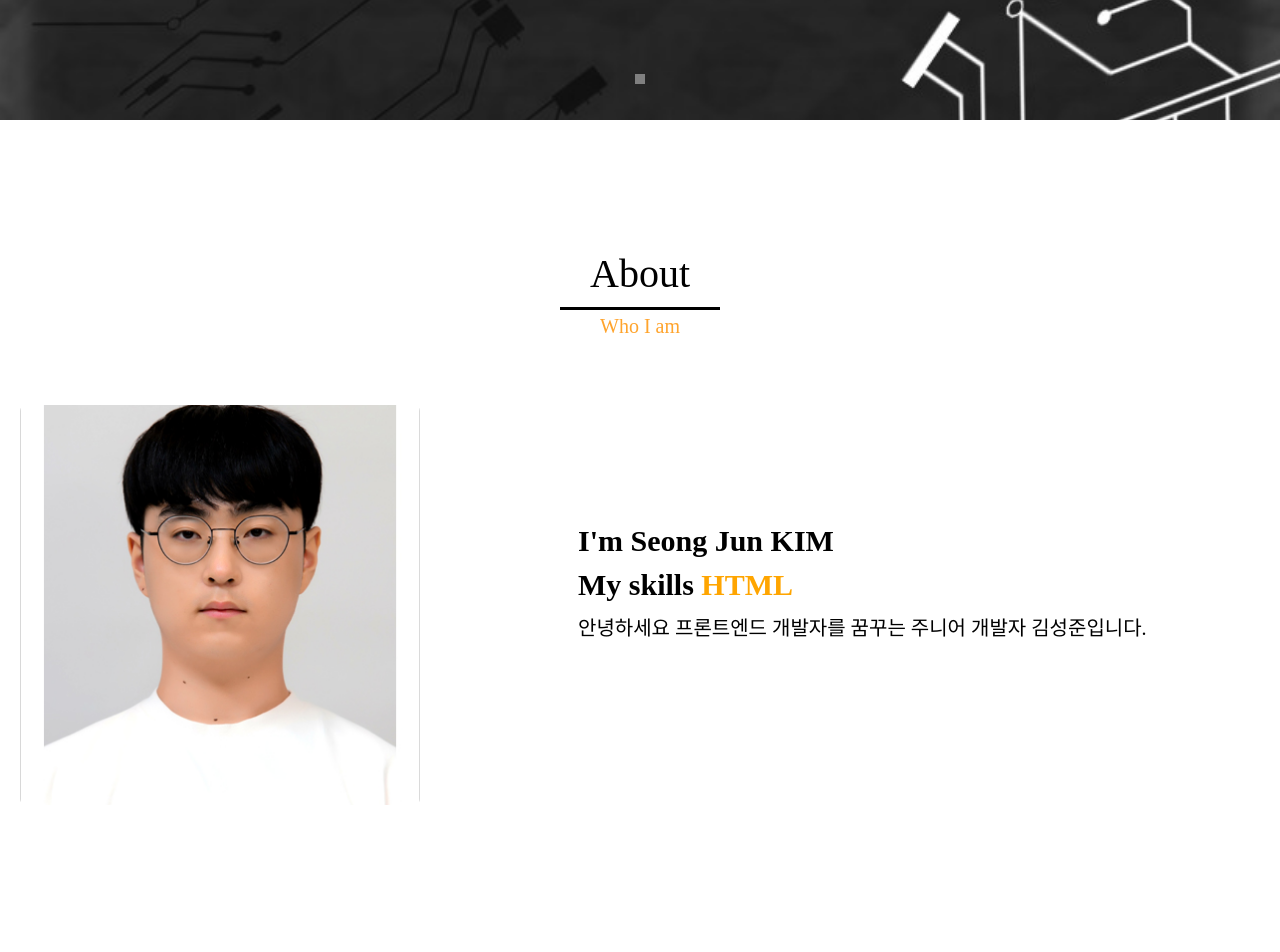
Repository: jun01270/jun
Page: index.html
An editor plug-in stored every save of this project. The page is shown before and after the next save, followed by the edit.
The browser window is 1280 px wide. The pictures show the part of the page from y = 674 to 1626 px (the page is 3322 px tall).
A picture or video elsewhere on the page could not be fetched, so the positions and the page height are approximate. Some web libraries are served in a nearby version.

Above is the page before, as saved 2023-05-10 16:05:43.

### index.html
<!DOCTYPE html>
<html lang="en">
  <head>
    <meta charset="UTF-8" />
    <meta http-equiv="X-UA-Compatible" content="IE=edge" />
    <meta name="viewport" content="width=device-width, initial-scale=1.0" />
    <link rel="stylesheet" href="./css/style.css" />
    <link rel="stylesheet" href="./css/home.css" />
    <link rel="stylesheet" href="./css/about.css" />
    <link rel="stylesheet" href="./css/skills.css" />
    <link rel="stylesheet" href="./css/contact.css" />

    <script
      src="https://kit.fontawesome.com/252eac6dbf.js"
      crossorigin="anonymous"
    ></script>
    <title>Jun's site</title>
  </head>
  <body>
    <nav class="navbar">
      <div class="max-width">
        <div class="logo">
          <a href="#home">Jun's <span>Site</span></a>
        </div>
        <ul class="menu-bar">
          <li><a href="#home" class="menu-btn" id="homeID">Home</a></li>
          <li><a href="#about" class="menu-btn" id="homeID">About</a></li>
          <li><a href="#skills" class="menu-btn">Skills</a></li>
          <li><a href="#my-sites" class="menu-btn">My Sties</a></li>
          <li><a href="#contact" class="menu-btn">Contact</a></li>
        </ul>
      </div>
    </nav>

    <!--home섹션-->
    <section class="home" id="home">
      <div class="max-width">
        <div class="home-section">
          <div class="text-1">Hello! My Name is</div>
          <div class="text-2">Seong Jun KIM</div>
          <div class="text-3">My skills <span class="typing1">HTML</span></div>
        </div>
      </div>
    </section>

    <!--about섹션-->
    <section class="about" id="about">
      <div class="max-width">
        <h2 class="title">About</h2>
        <div class="about-content">
          <div class="left-column"><img src="./img/profile.jpg" /></div>
          <div class="right-column">
            <div class="about-text">I'm Seong Jun KIM</div>
            <div class="about-skills">
              My skills <span class="typing2">HTML</span>
            </div>
            <p>
              안녕하세요 프론트엔드 개발자를 꿈꾸는 주니어 개발자 김성준입니다.
            </p>
          </div>
        </div>
      </div>
    </section>

    <!--skills섹션-->
    <section class="skills" id="skills">
      <div class="max-width">
        <h2 class="title">My Skills</h2>
        <div class="skills-content">
          <div class="left-column">
            <div class="skills-text">
              <div class="sub-title">My skills & Experience</div>
              <p>HTML, Css, js , react를 다루고 있습니다.</p>
            </div>
          </div>
          <div class="right-column">
            <div class="bars">
              <div class="bars-content">
                <span>HTML</span>
                <span>90%</span>
              </div>
              <div class="line html"></div>
            </div>
            <div class="bars">
              <div class="bars-content">
                <span>Css</span>
                <span>80%</span>
              </div>
              <div class="line css"></div>
            </div>
            <div class="bars">
              <div class="bars-content">
                <span>JavaScript</span>
                <span>80%</span>
              </div>
              <div class="line js"></div>
            </div>
            <div class="bars">
              <div class="bars-content">
                <span>React</span>
                <span>80%</span>
              </div>
              <div class="line react"></div>
            </div>
          </div>
        </div>
      </div>
    </section>

    <!--My sties섹션-->
    <section class="my-sites">
      <div class="max-width">
        <h2 class="title">My Sites</h2>
        <div class="my-sites-content">
          <div class="left-column">
            <a href="https://web-jun.tistory.com/" target="_blank">
              <div class="site">
                <div class="site-images">
                  <img src="/img/blog.jpg" alt="" />
                  <div class="site-text">BLOG</div>
                  <p>개발하는 블로그입니다.</p>
                </div>
              </div>
            </a>
          </div>
          <div class="right-column">
            <a href="https://github.com/jun01270" target="_blank">
              <div class="site">
                <div class="site-images">
                  <img src="/img/github.jpg" alt="" />
                  <div class="site-text">BLOG</div>
                  <p>깃허브 사이트입니다.</p>
                </div>
              </div>
            </a>
          </div>
        </div>
      </div>
    </section>

    <!--Contact 섹션-->
    <section class="contact">
      <div class="max-width">
        <h2 class="title">Contact me</h2>
        <div class="contact-content">
          <div class="left-column">
            <div class="contact-text">My information</div>
            <p>
              동양미래대학교 컴퓨터소프트웨어공학과를 졸업하여 프론트엔드
              개발자가 되고싶은 주니어 개발자입니다.
            </p>
            <div class="icons-content">
              <i class="fas fa-user"></i>
              <div class="info">
                <div class="head">Name</div>
                <div class="tail">Seong Jun KIM</div>
              </div>
            </div>
            <div class="icons-content">
              <i class="fas fa-envelope"></i>
              <div class="info">
                <div class="head">E-mail</div>
                <div class="tail">kimsj012731@gmail.com</div>
              </div>
            </div>
            <div class="icons-content">
              <i class="fas fa-map-marked-alt"></i>
              <div class="info">
                <div class="head">Address</div>
                <div class="tail">경기도 광명시</div>
              </div>
            </div>
          </div>
          <div class="right-column">
            <div class="contact-text">Message Me!</div>
            <form action="#">
              <div class="fields">
                <div class="fields name">
                  <input type="text" placeholder="Name" />
                </div>
                <div class="fields Email">
                  <input type="email" placeholder="E-mail" />
                </div>
              </div>
              <div class="fields subject">
                <input type="text" placeholder="Subject" />
              </div>
              <div class="fields contact-area">
                <textarea
                  cols="30"
                  rows="10"
                  placeholder="Contact.. "
                  required
                ></textarea>
              </div>
              <div class="button">
                <button type="submit">Send Message</button>
              </div>
            </form>
          </div>
        </div>
      </div>
    </section>

    <!--Footer섹션-->
    <footer></footer>

    <!--JS섹션-->
  </body>
</html>

### css/style.css
@import url("https://fonts.googleapis.com/css2?family=Lora&display=swap");

* {
  margin: 0;
  padding: 0;
  box-sizing: border-box;
  text-decoration: none;
}

.home .about .skills .my-sites .contact {
  padding-top: 86px;
}

html {
  scroll-behavior: smooth;
}

.max-width {
  max-width: 1300px;
  padding: 0 20px;
  margin: auto;
}

.section {
  padding: 100px 0;
}

/* .about, .skills, .my-sites, .contact, .footer{
    //폰트삽입
} */

.about .title,
.skills .title,
.my-site .title,
.contact .title {
  position: relative;
  text-align: center;
  font-size: 40px;
  font-weight: 500;
  margin: 30px 0 100px 0;
  padding-bottom: 8px;
}

.about .title::before,
.skills .title::before,
.my-site .title::before,
.contact .title::before {
  content: "";
  position: absolute;
  left: 50%;
  bottom: -5px;
  width: 160px;
  height: 3px;
  background-color: black;
  transform: translateX(-50%);
}

.title::after {
  content: "";
  position: absolute;
  bottom: -38px;
  left: 50%;
  font-size: 20px;
  color: rgb(255, 164, 45);
  padding: 5px;
  background-color: gray;
  transform: translateX(-50%);
}

.about .about-content,
.skills .skills-content,
.my-sites .my-sites-content,
.contact .contact-content {
  display: flex;
  align-items: center;
  flex-wrap: wrap;
  justify-content: space-between;
}

.navbar {
  position: relative;
  width: 100%;
  padding: 20px 0;
  z-index: 999;
  transition: all 0.3s ease;
  background-color: burlywood;
}

.navbar .max-width {
  display: flex;
  align-items: center;
  justify-content: space-between;
}

.navbar .logo {
  font-size: 30px;
  font-weight: 600;
  margin-left: 20px;
  color: black;
}

.navbar .logo a {
  color: white;
  text-decoration: none;
}

.navbar .logo a span {
  color: orange;
  transition: all 0.3s ease;
}

.navbar .menu-bar li {
  list-style: none;
  margin: 5px 20px 0 0;
  display: inline-block;
}

.navbar .menu-bar li a {
  display: block;
  text-decoration: none;
  font-size: 20px;
  font-weight: 500;
  margin-left: 15px;
  transition: all 0.3s ease;
}

.menu-bar li:hover {
  background-color: orange;
  border-radius: 3px;
}

.navbar.sticky {
  padding: 20px 0;
  background-color: black;
}

.navbar.sticky .logo a span {
  color: white;
}

.navbar.sticky .menu-bar li a:hover {
  color: white;
}

.navbar .menu-btn {
  color: white;
  font-size: 25px;
  display: none;
  cursor: pointer;
}

@media screen and (max-width: 700px) {
  .navbar {
    flex-direction: column;
    align-items: flex-start;
    margin: 0;
  }

  .menu-bar {
    flex-direction: column;
    align-items: center;
    width: 100%;
  }

  .menu-bar li {
    width: 100%;
    text-align: center;
  }
}

### css/home.css
.home {
  display: flex;
  height: 100vh;
  min-height: 500px;
  color: white;
  background: url("../img/back.jpg") no-repeat center;
  background-size: cover;
}

.home .max-width {
  margin: auto 0 auto 40px;
}

.home .home-section .text1 {
  font-size: 30px;
}

.home .home-section .text2 {
  font-size: 75px;
  font-weight: 600;
}

.home .home-section .text-3 {
  font-size: 40px;
}

.home .home-section .text-3 span {
  color: orange;
  font-weight: 500;
}

### css/about.css
.about {
  padding: 100px 0;
  transition: all 0.3s ease;
}

.about .title::after {
  content: "Who I am";
  background-color: white;
}

.about .about-content {
  margin-bottom: 100px;
}

.about .about-content .left-column {
  width: 45%;
}

.about .about-content .left-column img {
  height: 400px;
  width: 400px;
  object-fit: cover;
  border-radius: 6px;
}

.about .about-content .right-column {
  width: 55%;
  margin-bottom: 50px;
}

.about .about-content .right-column .about-text,
.about .about-content .right-column .about-skills {
  font-size: 30px;
  font-weight: 600;
  margin-bottom: 10px;
}

.about .about-content .right-column .about-skills span {
  color: orange;
}

.about .about-content .right-column P {
  text-align: justify;
  font-size: 20px;
}

### css/skills.css
.skills {
  padding: 100px 0;
  transition: all 0.3s ease;
}

.skills .title {
  padding-top: 30px;
}

.skills .title::before {
  background-color: white;
}

.skills .title::after {
  content: "What I learned";
  background-color: black;
}

.skills {
  color: white;
  background-color: black;
  padding-bottom: 100px;
}

.skills .sub-title {
  font-size: 30px;
  font-weight: 600;
  padding-bottom: 10px;
}

.skills .skills-content .left-column,
.skills .skills-content .right-column {
  width: calc(50% - 30px);
}

.skills .skills-content .left-column .skills-text {
  font-size: 23px;
  font-weight: 300;
  margin: 0 0 20px 10px;
  text-align: justify;
}

.skills .skills-content .left-column p {
  font-size: 20px;
}

.skills .skills-content .right-column .bars {
  margin-bottom: 15px;
}

.skills .skills-content .right-column .bars-content {
  display: flex;
  margin-bottom: 5px;
  align-items: center;
  justify-content: space-between;
}

.skills .skills-content span {
  font-size: 23px;
  font-weight: 600;
}

.skills .skills-content .right-column .line {
  height: 5px;
  background-color: white;
  width: 100%;
  position: relative;
}

.skills .skills-content .right-column .line::before {
  content: "";
  position: absolute;
  height: 100%;
  left: 0;
  top: 0;
  background-color: crimson;
}

.skills .skills-content .right-column .html::before {
  width: 90%;
}

.skills .skills-content .right-column .css::before {
  width: 65%;
}

.skills .skills-content .right-column .js::before {
  width: 68%;
}

.skills .skills-content .right-column .react::before {
  width: 80%;
}

Loaded but not shown: css/contact.css (no stored copy; drawn as an empty file)

After the next save:
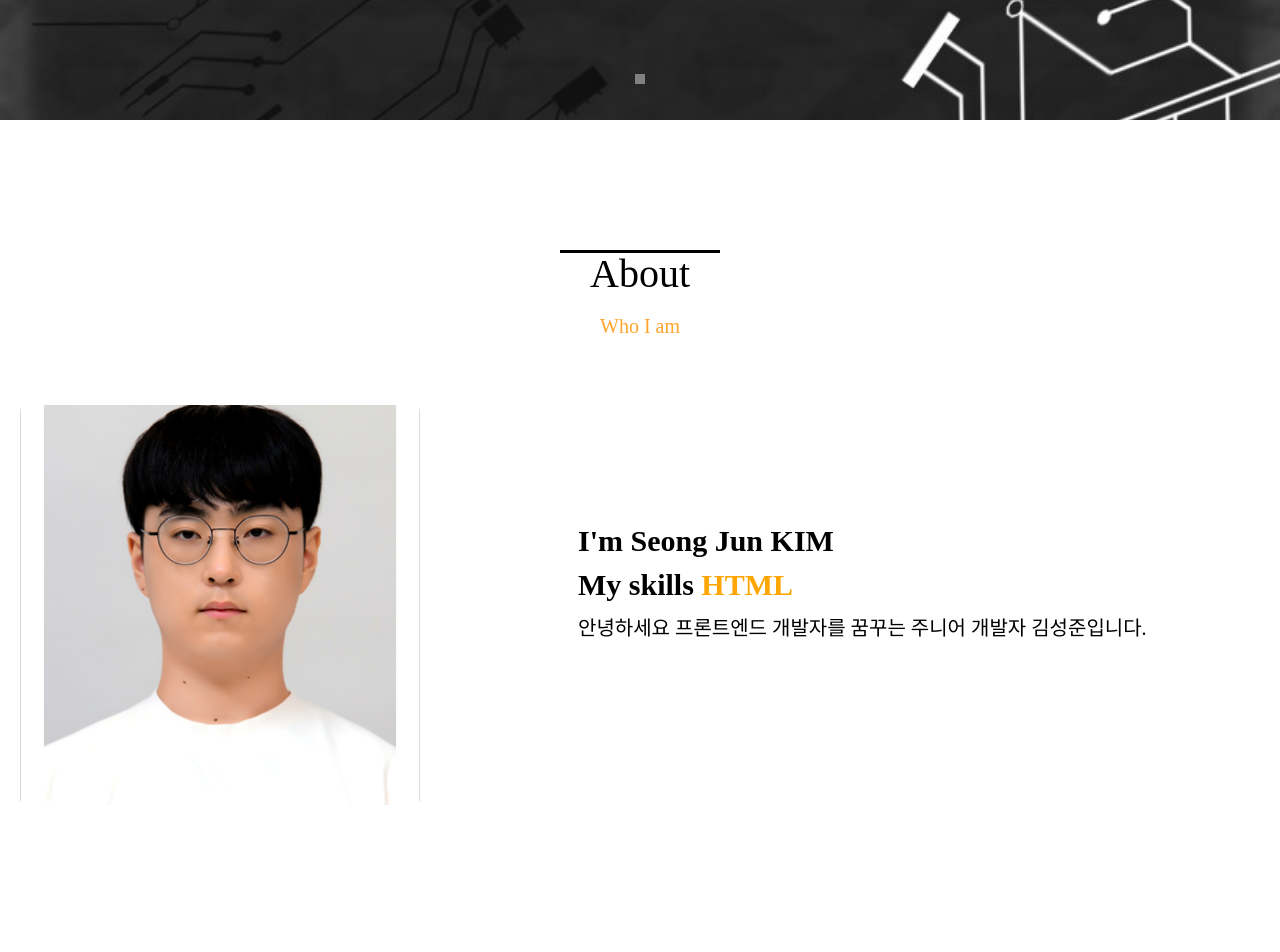
Saved 12 s later.
--- a/css/style.css
+++ b/css/style.css
@@ -48,7 +48,6 @@ html {
   content: "";
   position: absolute;
   left: 50%;
-  bottom: -5px;
   width: 160px;
   height: 3px;
   background-color: black;
